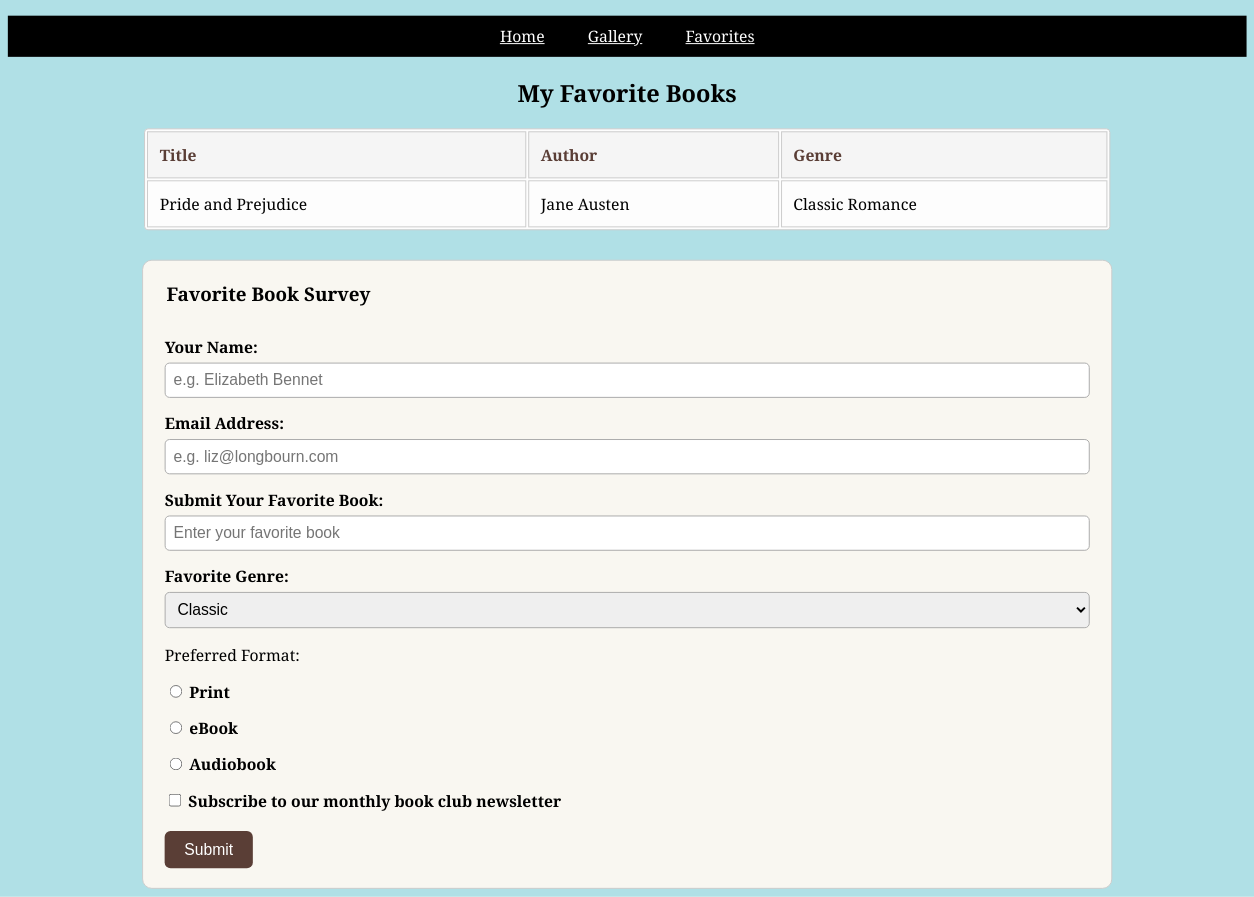
Repository: Brittany-Westlund/WebDesign
Page: Assignment3/favorites.html
The author's editor kept a copy of each file at every save. The page is drawn from the files as they stood at one save, then again after the next save.
The browser window is 1280 px wide. The pictures show the whole page, at 98% of full size.

Above is the page before, as saved 2025-06-04 23:02:52.

After the next save:
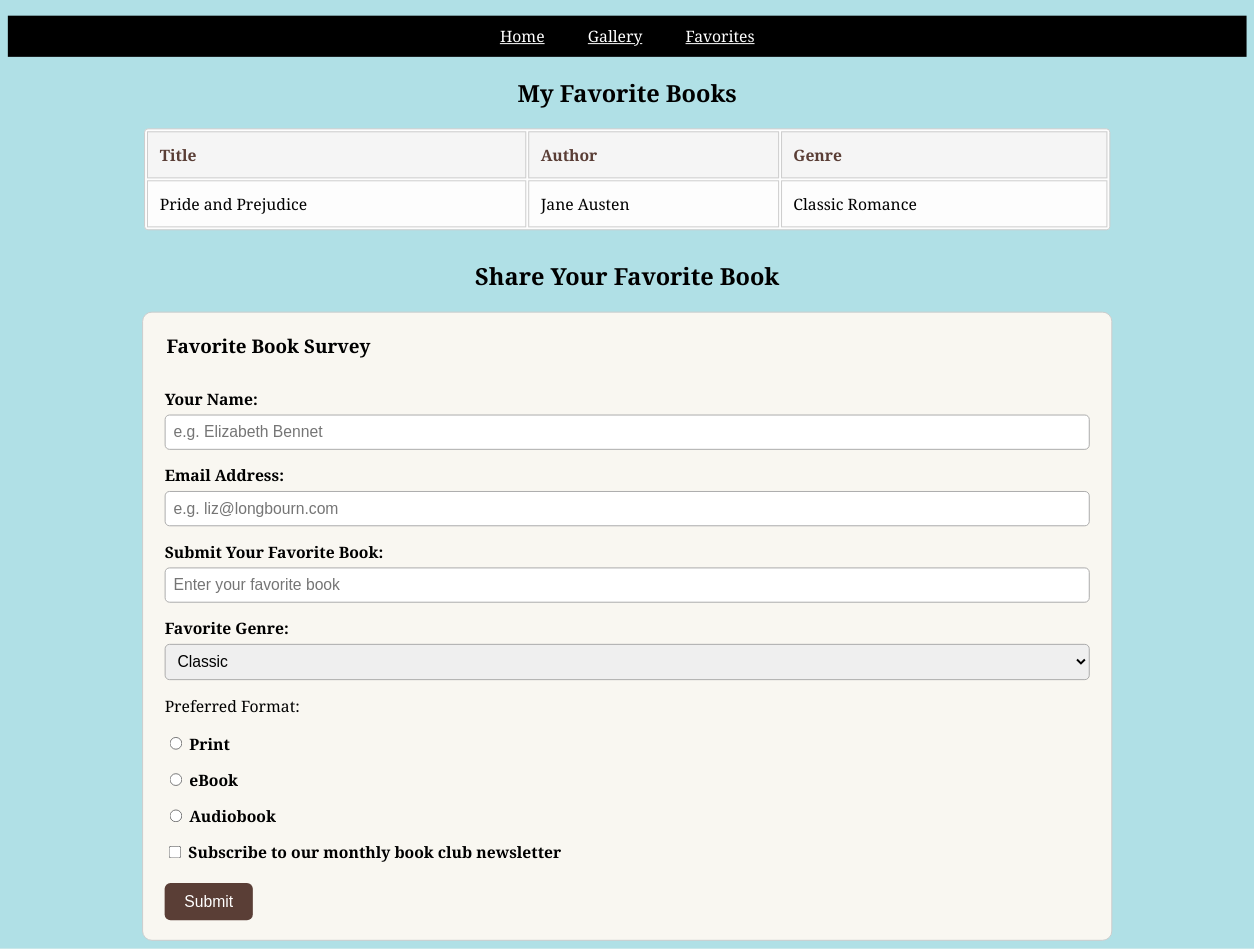
Saved 38 s later.
--- a/Assignment3/favorites.html
+++ b/Assignment3/favorites.html
@@ -32,6 +32,8 @@
   </tr>
  </tbody>
 </table>
+
+<h2>Share Your Favorite Book</h2>
 
 <form>
   <fieldset>
